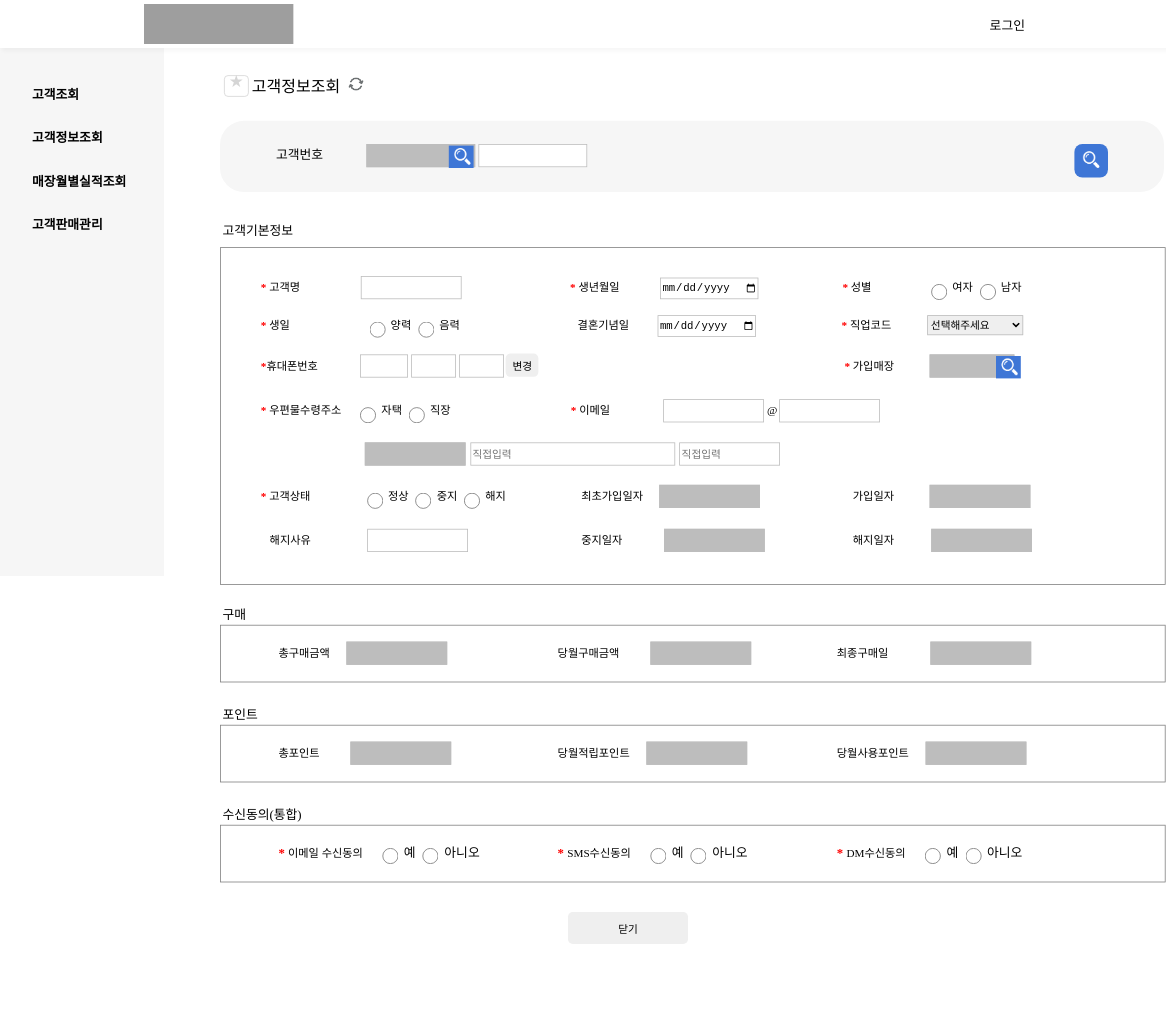
Repository: HyunyoungA/managementSystem
Page: http://localhost/DowellCommunity/WEB-INF/views/member/custInfo.jsp
An editor plug-in stored every save of this project. The page is shown before and after the next save, followed by the edit.
The browser window is 1280 px wide. The page is 1457 px wide, so the pictures cover 1457 px, including what lies to the right of the window. The pictures show the whole page, at 80% of full size.
Pictures or frames that could not be fetched are drawn as grey boxes. The page is served by Tomcat 9. Nobody is signed in. The template is opened directly, without the code that normally fills it, so the values that code supplies are empty.

Above is the page before, as saved 2022-10-27 07:00:22.

After the next save:
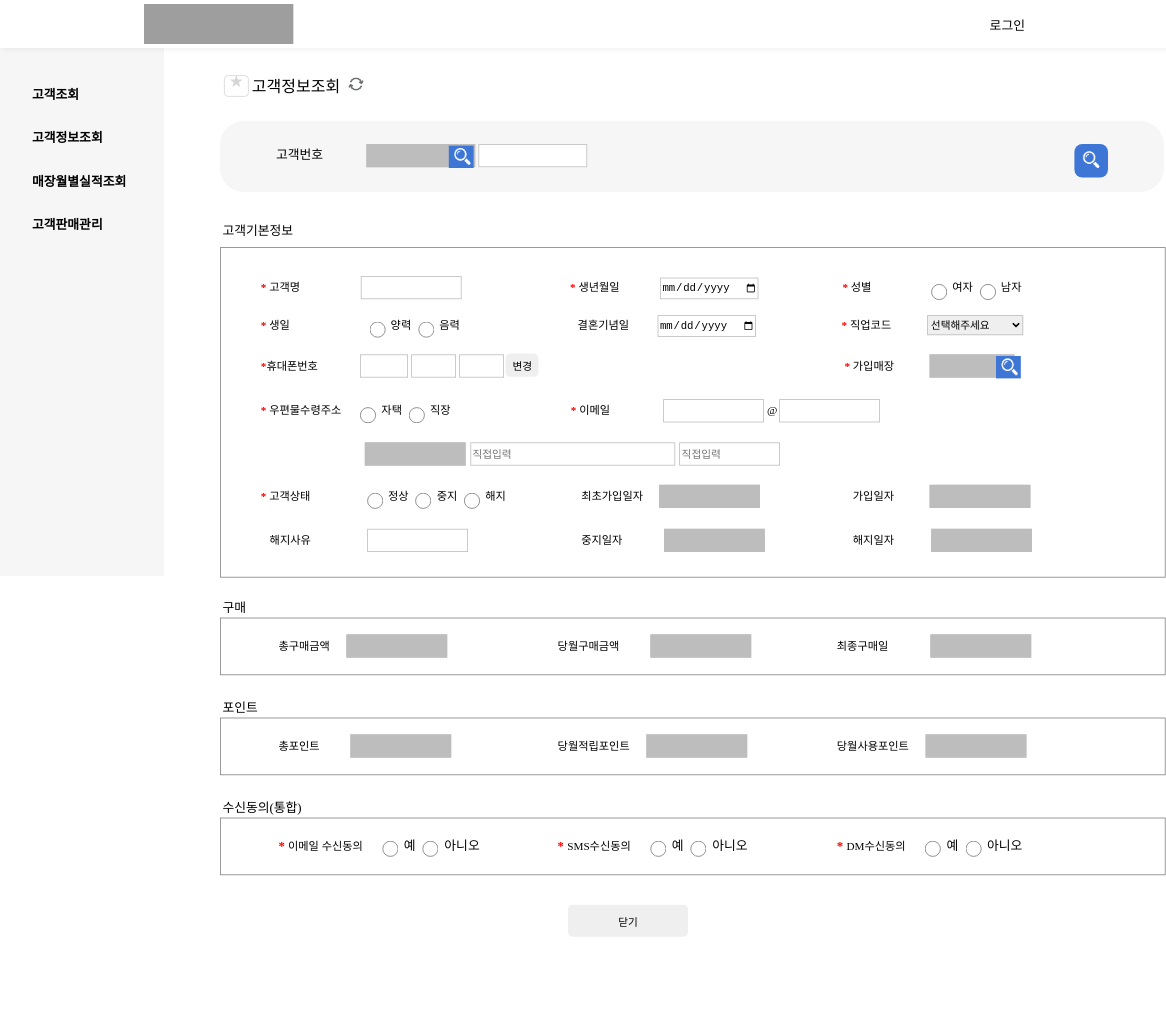
Saved 29 s later.
--- a/DowellCommunity/src/main/webapp/resources/CSS/custInfo.css
+++ b/DowellCommunity/src/main/webapp/resources/CSS/custInfo.css
@@ -154,7 +154,7 @@ body{
     border: 1px solid gray;
     width: 1180px;
     margin-left: 275px;
-    height: 395px;
+    height: 386px;
 }
 /* 구매표 */
 #buy-table {
